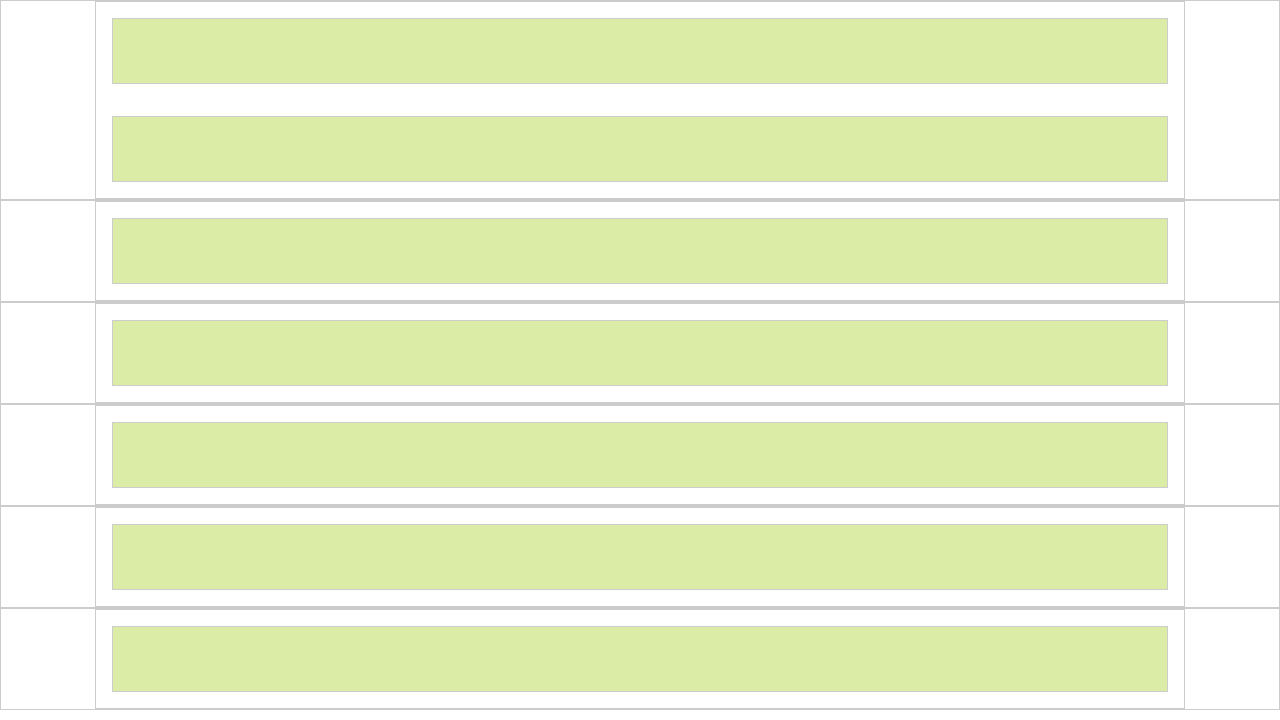
Repository: AlexBCIT/metrolicspractice
Page: index.html
An editor plug-in stored every save of this project. The page is shown before and after the next save, followed by the edit.
The browser window is 1280 px wide. The pictures show the whole page.

Above is the page before, as saved 2021-01-29 10:24:36.

### index.html
<!doctype html>
<html class="no-js" lang="">

<head>
    <meta charset="utf-8">
    <title></title>
    <meta name="description" content="">
    <meta name="viewport" content="width=device-width, initial-scale=1">

    <meta property="og:title" content="">
    <meta property="og:type" content="">
    <meta property="og:url" content="">
    <meta property="og:image" content="">

    <link rel="manifest" href="site.webmanifest">
    <link rel="apple-touch-icon" href="icon.png">
    <!-- Place favicon.ico in the root directory -->

    <link rel="stylesheet" href="css/normalize.css">
    <link rel="stylesheet" href="css/main.css">

    <meta name="theme-color" content="#fafafa">
</head>

<body>

    <div class="container">
        <div class="row">
            <div class="column col-2">

            </div>
            <div class="column col-2">

            </div>
        </div>
    </div>
    <div class="container">
        <div class="row">
            <div class="column">

            </div>
        </div>
    </div>
    <div class="container">
        <div class="row">
            <div class="column">

            </div>
        </div>
    </div>
    <div class="container">
        <div class="row">
            <div class="column">

            </div>
        </div>
    </div>
    <div class="container">
        <div class="row">
            <div class="column">

            </div>
        </div>
    </div>
    <div class="container">
        <div class="row">
            <div class="column">

            </div>
        </div>
    </div>




    <script src="js/vendor/modernizr-3.11.2.min.js"></script>
    <script src="js/plugins.js"></script>
    <script src="js/main.js"></script>

    <!-- Google Analytics: change UA-XXXXX-Y to be your site's ID. -->
    <script>
        window.ga = function() {
            ga.q.push(arguments)
        };
        ga.q = [];
        ga.l = +new Date;
        ga('create', 'UA-XXXXX-Y', 'auto');
        ga('set', 'anonymizeIp', true);
        ga('set', 'transport', 'beacon');
        ga('send', 'pageview')
    </script>
    <script src="https://www.google-analytics.com/analytics.js" async></script>
</body>

</html>

### css/main.css
/*! HTML5 Boilerplate v8.0.0 | MIT License | https://html5boilerplate.com/ */


/* main.css 2.1.0 | MIT License | https://github.com/h5bp/main.css#readme */


/*
 * What follows is the result of much research on cross-browser styling.
 * Credit left inline and big thanks to Nicolas Gallagher, Jonathan Neal,
 * Kroc Camen, and the H5BP dev community and team.
 */


/* ==========================================================================
   Base styles: opinionated defaults
   ========================================================================== */

html {
    color: #222;
    font-size: 1em;
    line-height: 1.4;
}


/*
 * Remove text-shadow in selection highlight:
 * https://twitter.com/miketaylr/status/12228805301
 *
 * Vendor-prefixed and regular ::selection selectors cannot be combined:
 * https://stackoverflow.com/a/16982510/7133471
 *
 * Customize the background color to match your design.
 */

::-moz-selection {
    background: #b3d4fc;
    text-shadow: none;
}

::selection {
    background: #b3d4fc;
    text-shadow: none;
}


/*
 * A better looking default horizontal rule
 */

hr {
    display: block;
    height: 1px;
    border: 0;
    border-top: 1px solid #ccc;
    margin: 1em 0;
    padding: 0;
}


/*
 * Remove the gap between audio, canvas, iframes,
 * images, videos and the bottom of their containers:
 * https://github.com/h5bp/html5-boilerplate/issues/440
 */

audio,
canvas,
iframe,
img,
svg,
video {
    vertical-align: middle;
}


/*
 * Remove default fieldset styles.
 */

fieldset {
    border: 0;
    margin: 0;
    padding: 0;
}


/*
 * Allow only vertical resizing of textareas.
 */

textarea {
    resize: vertical;
}


/* ==========================================================================
   Author's custom styles
   ========================================================================== */

div,
header,
footer,
section {
    border: 1px solid #ccc;
    min-height: 4rem;
}

.column {
    background-color: rgb(218, 236, 166);
    margin: 1rem;
}

.row {
    display: grid;
    width: 85vw;
    max-width: 70rem;
    margin: 0 auto;
}

.col-2 {
    grid-template-columns: 1fr 1fr;
}


/* ==========================================================================
   UTILITY
   ========================================================================== */


/*
 * Hide visually and from screen readers
 */

.hidden,
[hidden] {
    display: none !important;
}


/*
 * Hide only visually, but have it available for screen readers:
 * https://snook.ca/archives/html_and_css/hiding-content-for-accessibility
 *
 * 1. For long content, line feeds are not interpreted as spaces and small width
 *    causes content to wrap 1 word per line:
 *    https://medium.com/@jessebeach/beware-smushed-off-screen-accessible-text-5952a4c2cbfe
 */

.sr-only {
    border: 0;
    clip: rect(0, 0, 0, 0);
    height: 1px;
    margin: -1px;
    overflow: hidden;
    padding: 0;
    position: absolute;
    white-space: nowrap;
    width: 1px;
    /* 1 */
}


/*
 * Extends the .sr-only class to allow the element
 * to be focusable when navigated to via the keyboard:
 * https://www.drupal.org/node/897638
 */

.sr-only.focusable:active,
.sr-only.focusable:focus {
    clip: auto;
    height: auto;
    margin: 0;
    overflow: visible;
    position: static;
    white-space: inherit;
    width: auto;
}


/*
 * Hide visually and from screen readers, but maintain layout
 */

.invisible {
    visibility: hidden;
}


/*
 * Clearfix: contain floats
 *
 * For modern browsers
 * 1. The space content is one way to avoid an Opera bug when the
 *    `contenteditable` attribute is included anywhere else in the document.
 *    Otherwise it causes space to appear at the top and bottom of elements
 *    that receive the `clearfix` class.
 * 2. The use of `table` rather than `block` is only necessary if using
 *    `:before` to contain the top-margins of child elements.
 */

.clearfix::before,
.clearfix::after {
    content: " ";
    display: table;
}

.clearfix::after {
    clear: both;
}


/* ==========================================================================
   EXAMPLE Media Queries for Responsive Design.
   These examples override the primary ('mobile first') styles.
   Modify as content requires.
   ========================================================================== */

@media only screen and (min-width: 35em) {
    /* Style adjustments for viewports that meet the condition */
}

@media print,
(-webkit-min-device-pixel-ratio: 1.25),
(min-resolution: 1.25dppx),
(min-resolution: 120dpi) {
    /* Style adjustments for high resolution devices */
}


/* ==========================================================================
   Print styles.
   Inlined to avoid the additional HTTP request:
   https://www.phpied.com/delay-loading-your-print-css/
   ========================================================================== */

@media print {
    *,
    *::before,
    *::after {
        background: #fff !important;
        color: #000 !important;
        /* Black prints faster */
        box-shadow: none !important;
        text-shadow: none !important;
    }
    a,
    a:visited {
        text-decoration: underline;
    }
    a[href]::after {
        content: " (" attr(href) ")";
    }
    abbr[title]::after {
        content: " (" attr(title) ")";
    }
    /*
   * Don't show links that are fragment identifiers,
   * or use the `javascript:` pseudo protocol
   */
    a[href^="#"]::after,
    a[href^="javascript:"]::after {
        content: "";
    }
    pre {
        white-space: pre-wrap !important;
    }
    pre,
    blockquote {
        border: 1px solid #999;
        page-break-inside: avoid;
    }
    /*
   * Printing Tables:
   * https://web.archive.org/web/20180815150934/http://css-discuss.incutio.com/wiki/Printing_Tables
   */
    thead {
        display: table-header-group;
    }
    tr,
    img {
        page-break-inside: avoid;
    }
    p,
    h2,
    h3 {
        orphans: 3;
        widows: 3;
    }
    h2,
    h3 {
        page-break-after: avoid;
    }
}

### js/plugins.js
// Avoid `console` errors in browsers that lack a console.
(function() {
  var method;
  var noop = function () {};
  var methods = [
    'assert', 'clear', 'count', 'debug', 'dir', 'dirxml', 'error',
    'exception', 'group', 'groupCollapsed', 'groupEnd', 'info', 'log',
    'markTimeline', 'profile', 'profileEnd', 'table', 'time', 'timeEnd',
    'timeline', 'timelineEnd', 'timeStamp', 'trace', 'warn'
  ];
  var length = methods.length;
  var console = (window.console = window.console || {});

  while (length--) {
    method = methods[length];

    // Only stub undefined methods.
    if (!console[method]) {
      console[method] = noop;
    }
  }
}());

// Place any jQuery/helper plugins in here.

Loaded but not shown: css/normalize.css (library); js/vendor/modernizr-3.11.2.min.js (library); js/main.js (no stored copy; drawn as an empty file)

After the next save:
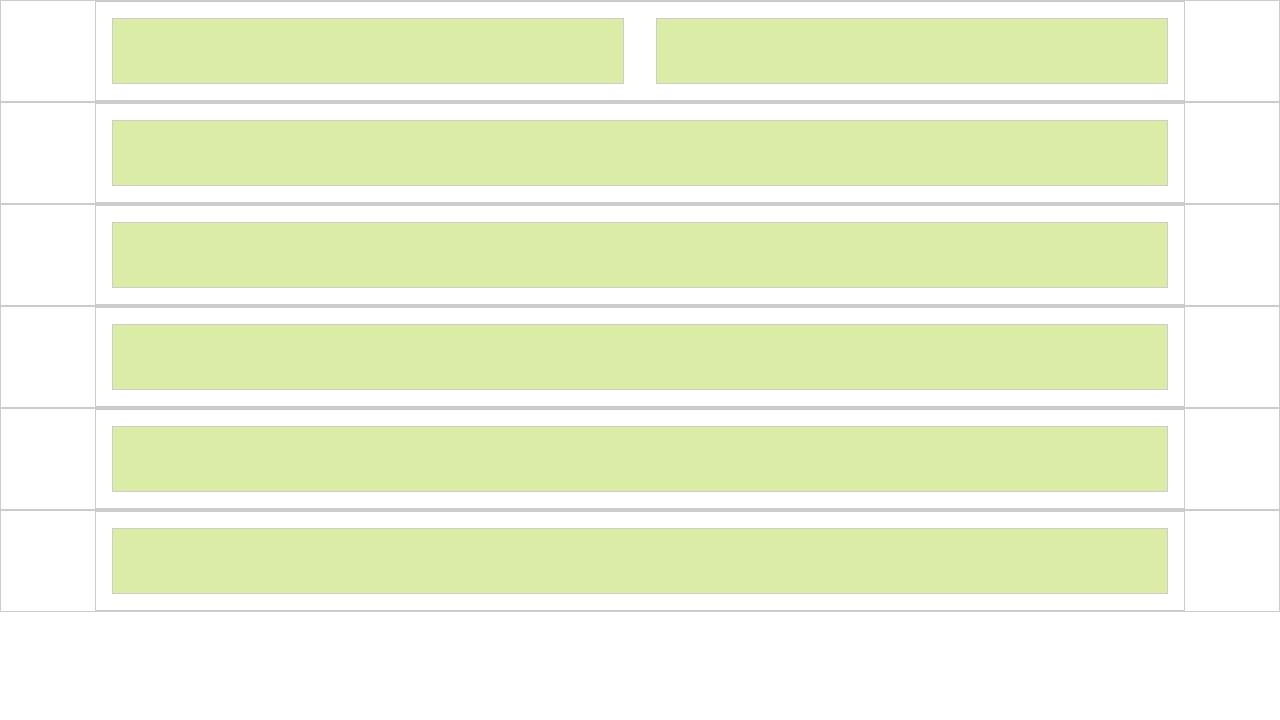
Saved 19 s later.
--- a/index.html
+++ b/index.html
@@ -25,11 +25,11 @@
 <body>
 
     <div class="container">
-        <div class="row">
-            <div class="column col-2">
+        <div class="row col-2">
+            <div class="column">
 
             </div>
-            <div class="column col-2">
+            <div class="column">
 
             </div>
         </div>
